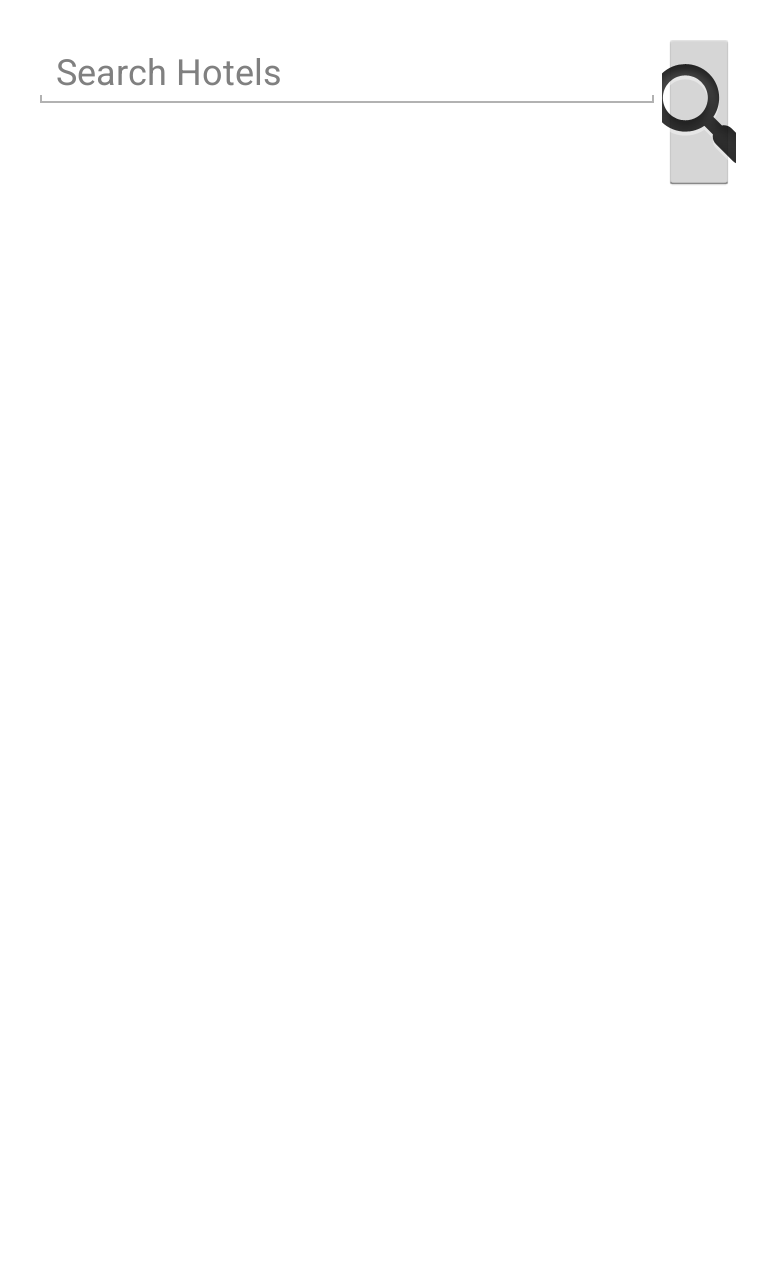
Repository: alyssialui/NCMS
Layout: CodeSprint/HotelLocator/res/layout/activity_search.xml
An editor plug-in stored every save of this project. The layout is shown before and after the next save, followed by the edit.
It is drawn on a 768 x 1280 px phone screen (xhdpi) without system bars, with theme AppTheme; the app's code is not run. Lists and similar views that code fills are empty.

Above is the layout before, as saved 2013-04-10 01:05:27.

### CodeSprint/HotelLocator/res/layout/activity_search.xml
<RelativeLayout xmlns:android="http://schemas.android.com/apk/res/android"
    xmlns:tools="http://schemas.android.com/tools"
    android:layout_width="match_parent"
    android:layout_height="match_parent"
    android:paddingBottom="@dimen/activity_vertical_margin"
    android:paddingLeft="@dimen/activity_horizontal_margin"
    android:paddingRight="@dimen/activity_horizontal_margin"
    android:paddingTop="@dimen/activity_vertical_margin"
    tools:context=".SearchActivity" >

   <EditText
       android:id="@+id/editText1"
       android:layout_width="wrap_content"
       android:layout_height="wrap_content"
       android:layout_alignParentTop="true"
       android:ems="15"
       android:hint="Search Hotels" >

    </EditText>

    <ListView
        android:id="@android:id/list"
        android:layout_width="match_parent"
        android:layout_height="wrap_content"
        android:layout_alignParentBottom="true"
        android:layout_below="@+id/editText1"
        android:layout_marginTop="20dp" >

    </ListView>

    <ImageButton
        android:id="@+id/imageButton1"
        android:layout_width="wrap_content"
        android:layout_height="wrap_content"
        android:layout_alignTop="@+id/editText1"
        android:layout_toRightOf="@+id/editText1"
        android:src="@drawable/search" />

</RelativeLayout>

Loaded but not shown: CodeSprint/HotelLocator/res/values/styles.xml (common file); CodeSprint/HotelLocator/res/values-v11/styles.xml (common file); CodeSprint/HotelLocator/res/values-v14/styles.xml (common file); CodeSprint/HotelLocator/res/values/dimens.xml (common file)

After the next save:
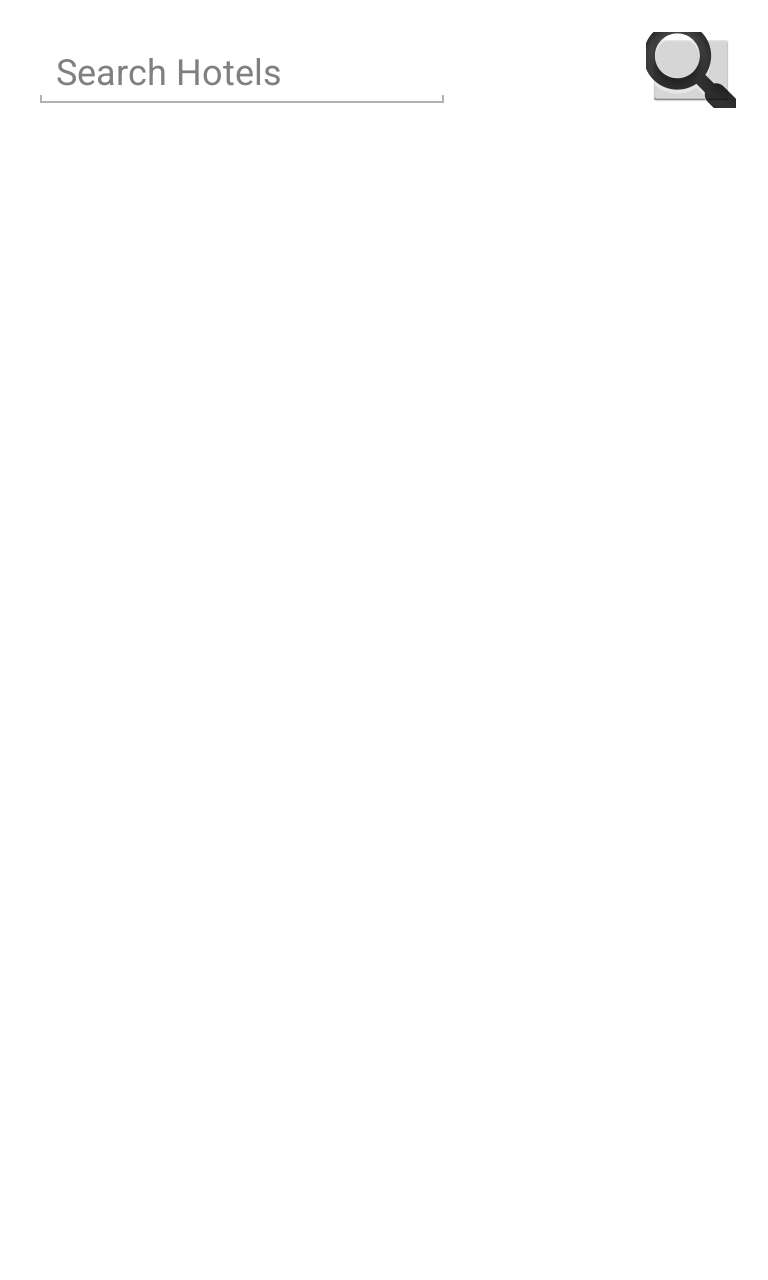
Saved 5 min 2 s later.
--- a/CodeSprint/HotelLocator/res/layout/activity_search.xml
+++ b/CodeSprint/HotelLocator/res/layout/activity_search.xml
@@ -13,7 +13,7 @@
        android:layout_width="wrap_content"
        android:layout_height="wrap_content"
        android:layout_alignParentTop="true"
-       android:ems="15"
+       android:ems="10"
        android:hint="Search Hotels" >
 
     </EditText>
@@ -30,10 +30,10 @@
 
     <ImageButton
         android:id="@+id/imageButton1"
-        android:layout_width="wrap_content"
-        android:layout_height="wrap_content"
+        android:layout_width="45dp"
+        android:layout_height="38dp"
+        android:layout_alignParentRight="true"
         android:layout_alignTop="@+id/editText1"
-        android:layout_toRightOf="@+id/editText1"
         android:src="@drawable/search" />
 
 </RelativeLayout>
